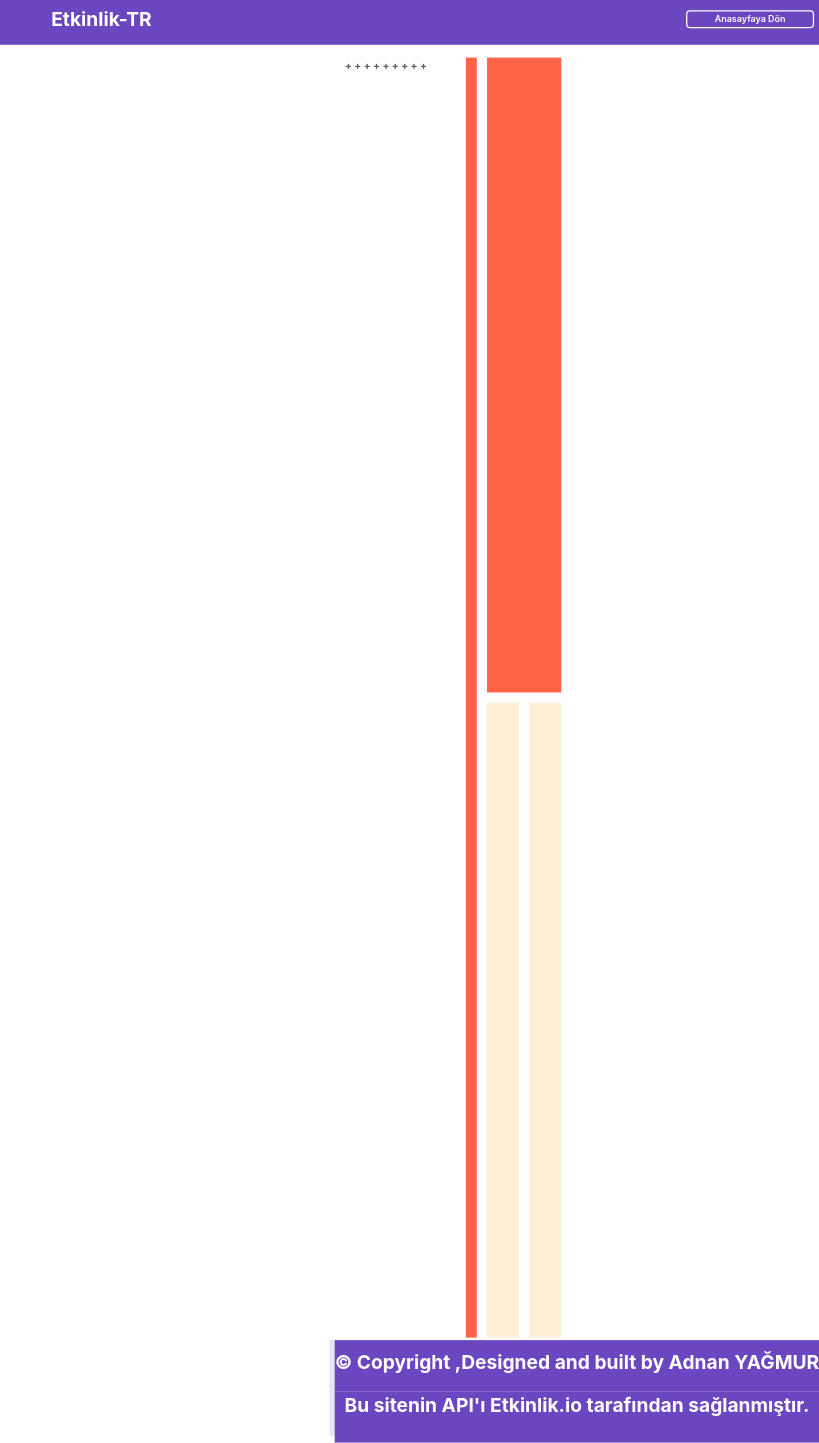
Repository: adnanyagmur/EtsTur-FrontEnd-Hiring-Challange
Page: /detailPage
An editor plug-in stored every save of this project. The page is shown before and after the next save, followed by the edit.
The browser window is 1280 px wide. The pictures show the whole page, at 64% of full size.
The project was rebuilt for these pictures with package versions that can differ from the ones it lists, and the page was loaded fresh each time. Also part of the build but not shown: src/index.css, src/components/eventList/EventList.jsx, src/components/hompage/HomePage.jsx, src/pastApi/json.js, src/components/pastEventList/PastList.jsx.

Above is the page before, as saved 2022-06-21 22:00:22.

### src/index.js
import React from 'react';
import ReactDOM from 'react-dom/client';
import './index.css';
import App from './App';
import {BrowserRouter} from "react-router-dom";
import { ChakraProvider, theme } from '@chakra-ui/react'



const root = ReactDOM.createRoot(document.getElementById('root'));
root.render(
  <React.StrictMode>
    <BrowserRouter>
    <ChakraProvider theme={theme}>
    <App />
    </ChakraProvider>
    </BrowserRouter>
  </React.StrictMode>
);

### src/App.js

import { Route, Routes } from "react-router-dom";
import DetailPage from "./components/detailPage/DetailPage";
import HomePage from "./components/hompage/HomePage";
import PastList from "./components/pastEventList/PastList"





function App() {

  return (
    <div>

    <Routes>
      <Route path="/" element={<HomePage></HomePage>}></Route>
      <Route path="/detailPage" element={<DetailPage></DetailPage>}></Route>

      /gecmisEtkinlikler

      <Route path="/gecmisEtkinlikler" element={<PastList></PastList>}></Route>

    </Routes>

    </div>

  );
}

export default App;

### src/components/detailPage/DetailPage.jsx


import { Grid, Box, GridItem, Text, SimpleGrid, Input, InputGroup, Button, InputRightElement } from '@chakra-ui/react';
import { useNavigate } from 'react-router-dom';


const DetailPage= ()=> {



    const name = localStorage.getItem("name");
    const image = localStorage.getItem("image");
    const category = localStorage.getItem("category");
    const description = localStorage.getItem("description");
    const price = localStorage.getItem("price");
    const basTarih =  localStorage.getItem("basTarih");
    const bitistarihi = localStorage.getItem("bitistarihi");
    const venue= localStorage.getItem("venue");
    const ticketLink = localStorage.getItem("ticketLink");
    const address = localStorage.getItem("address");
    const district=  localStorage.getItem("district");


    const navigation = useNavigate();
    const handleClick = () => {
        navigation("/")
    }


    return(
        <div>



     <Grid
          templateAreas={`"header header"
                  "nav main"
                  "nav footer"`}
          gridTemplateRows={'70px 1fr 150px'}
          gridTemplateColumns={'1fr'}
          h='200px'
          gap='1'
          color='blackAlpha.700'
          fontWeight='bold'
        >
          <GridItem pt='2' pl='80px' bg='purple.600' color='white' area={'header'}>
            <SimpleGrid columns={[null,5]} spacing='40px'>
              <Text as='span' fontSize='3xl' >Etkinlik-TR</Text>
              <div></div>
              <div></div>
              <div></div>
              <Button bg='purple.600' w="200px" mr='2' h='1.75rem' size='sm' mt="2" border='2px' borderColor='white' onClick={handleClick} >
               Anasayfaya Dön
              </Button>
            </SimpleGrid>


          </GridItem>

          <GridItem pl='6' pt='4' pr='6' bg='white' area={'main'} >

            <SimpleGrid columns={[1, null, 2, 3, 4, 5]} spacing='40px'>

            {name}  +  {image} + {category} + {description} + {price} + {basTarih}  +{bitistarihi}

{venue }  + {ticketLink}  + {address} + {district}

<Grid
  h='2000px'
  templateRows='repeat(2, 1fr)'
  templateColumns='repeat(5, 1fr)'
  gap={4}
>
  <GridItem rowSpan={2} colSpan={1} bg='tomato' />
  <GridItem colSpan={4} bg='tomato' />
  <GridItem colSpan={2} bg='papayawhip' />
  <GridItem colSpan={2} bg='papayawhip' />
</Grid>


            </SimpleGrid>
          </GridItem>
          <GridItem pl='2' bg='gray.200' area={'footer'}>
            <SimpleGrid columns={1} color='white' >
              <Box pt='3' bg='purple.600' textAlign="center" height='80px'> <Text fontSize='3xl' >© Copyright ,Designed and built by Adnan YAĞMUR</Text></Box>
              <Box bg='purple.600' textAlign="center" height='80px'><Text fontSize='3xl' >Bu sitenin API'ı <a href='https://etkinlik.io/'>Etkinlik.io</a> tarafından sağlanmıştır.</Text></Box>
            </SimpleGrid>
          </GridItem>
        </Grid>


        </div>
    )
}

export default DetailPage;

Loaded but not shown: public/index.html (common file)

After the next save:
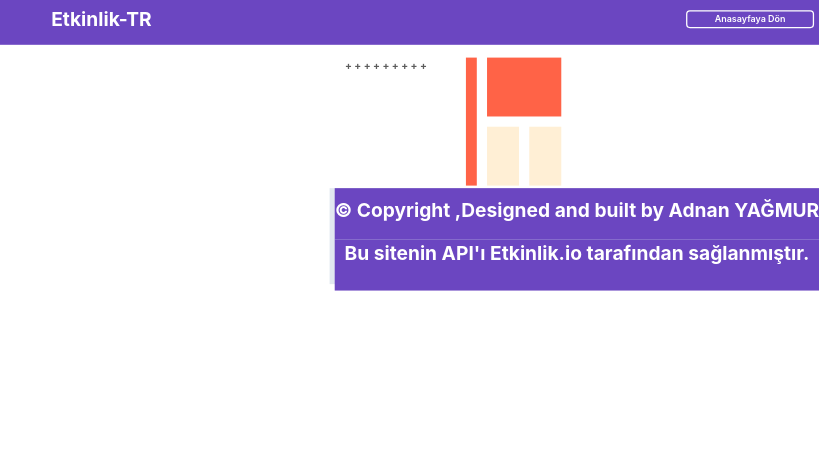
Saved 18 s later.
--- a/src/components/detailPage/DetailPage.jsx
+++ b/src/components/detailPage/DetailPage.jsx
@@ -66,7 +66,7 @@ const DetailPage= ()=> {
 {venue }  + {ticketLink}  + {address} + {district}
 
 <Grid
-  h='2000px'
+  h='200px'
   templateRows='repeat(2, 1fr)'
   templateColumns='repeat(5, 1fr)'
   gap={4}
